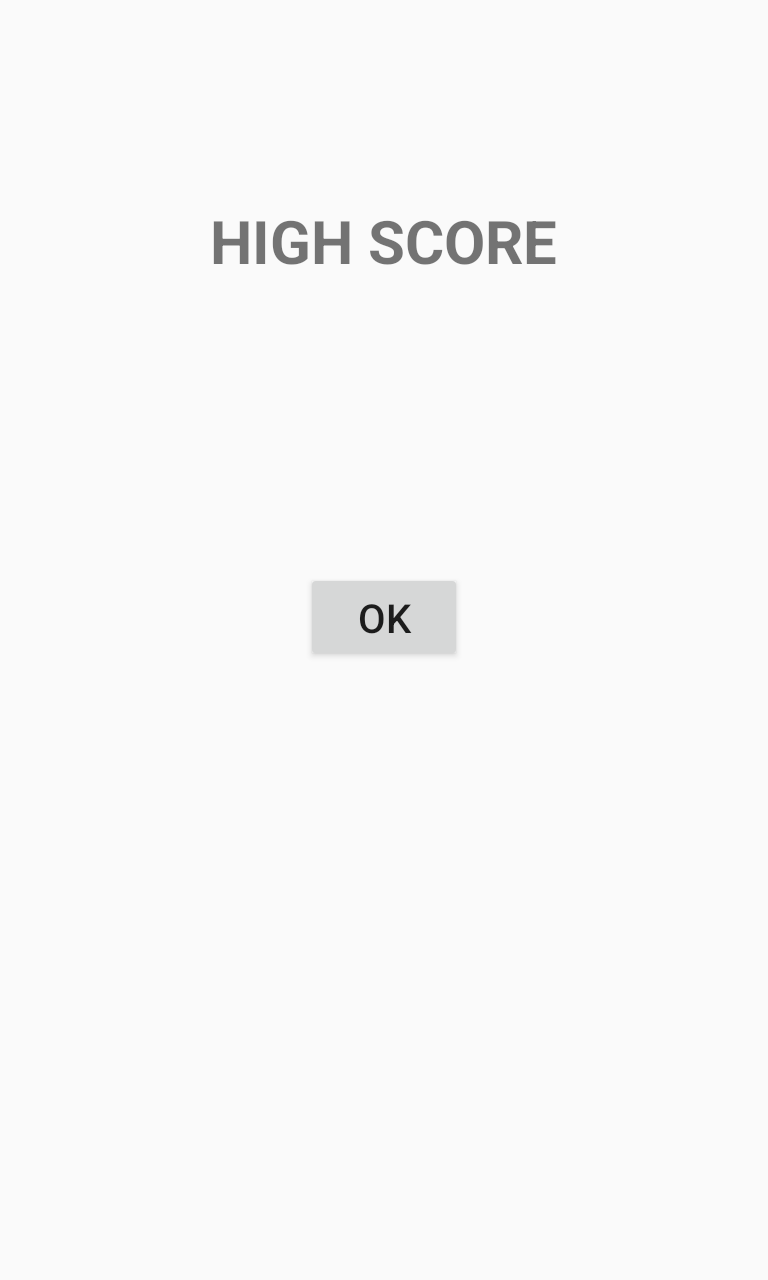
Repository: JoanneCaroll/Mathbomb
Layout: MathBomb/res/layout/activity_highscore.xml
The author's editor kept a copy of each file at every save. The layout is drawn from the files as they stood at one save, then again after the next save.
It is drawn on a 768 x 1280 px phone screen (xhdpi) without system bars, with theme AppTheme; the app's code is not run.

Above is the layout before, as saved 2014-11-13 03:49:30.

### MathBomb/res/layout/activity_highscore.xml
<?xml version="1.0" encoding="utf-8"?>
<LinearLayout
    xmlns:android="http://schemas.android.com/apk/res/android"
    android:layout_width="match_parent"
    android:layout_height="match_parent"
    android:orientation="vertical" >

    <TextView
        android:paddingTop="100dp"
        android:paddingBottom="30dp"
        android:layout_gravity="center"
        android:id="@+id/highscoreshow"
        android:layout_width="wrap_content"
        android:layout_height="wrap_content"
        android:textSize="30dp"
        android:textStyle="bold"
        android:text="@string/highscoretitle" />

    <TextView
            android:id="@+id/easy"
            android:layout_gravity="center"
            android:layout_width="wrap_content"
            android:layout_height="wrap_content"
            android:textSize="20dp"
            android:textStyle="bold"
            android:paddingRight="50dp" />

    <LinearLayout
        android:layout_width="match_parent"
        android:layout_height="wrap_content"
        android:orientation="horizontal"
        android:gravity="center"
        android:paddingBottom="50dp" >

        <TextView
            android:id="@+id/score"
            android:layout_width="wrap_content"
            android:layout_height="wrap_content"
            android:textSize="20dp"
            android:paddingRight="50dp" />
        <TextView
            android:id="@+id/date"
            android:layout_width="wrap_content"
            android:layout_height="wrap_content"
            android:textSize="20dp"
            android:padding="5dp" />

   </LinearLayout>

   <Button
        android:layout_gravity="center"
       	android:id="@+id/ok_highscore"
        android:layout_width="80dp"
        android:layout_height="wrap_content"
        android:textSize="20dp"
        android:text="@string/ok"
        android:padding="10dp" />

</LinearLayout>

### MathBomb/res/values/strings.xml
<?xml version="1.0" encoding="utf-8"?>
<resources>

    <string name="app_name">MathBomb</string>
    <string name="action_settings">Settings</string>
    <string name="score">Score: </string>
    <string name="timeleft">Time Left: </string>
    <string name="highscore">High Score: </string>
    <string name="highscoretitle">HIGH SCORE</string>
    <string name="ok">Ok</string>
	<string name="setRange">Choose Range of Numbers: </string>

	<string name="menuplay">Play!</string>
	<string name="menuhighscore">High Score</string>
	<string name="menuhowtoplay">How to Play</string>
	<string name="menusettings">Settings</string>
	<string name="menuexit">Exit</string>

</resources>

Loaded but not shown: MathBomb/res/values/styles.xml (common file); MathBomb/res/values-v11/styles.xml (common file); MathBomb/res/values-v14/styles.xml (common file)

After the next save:
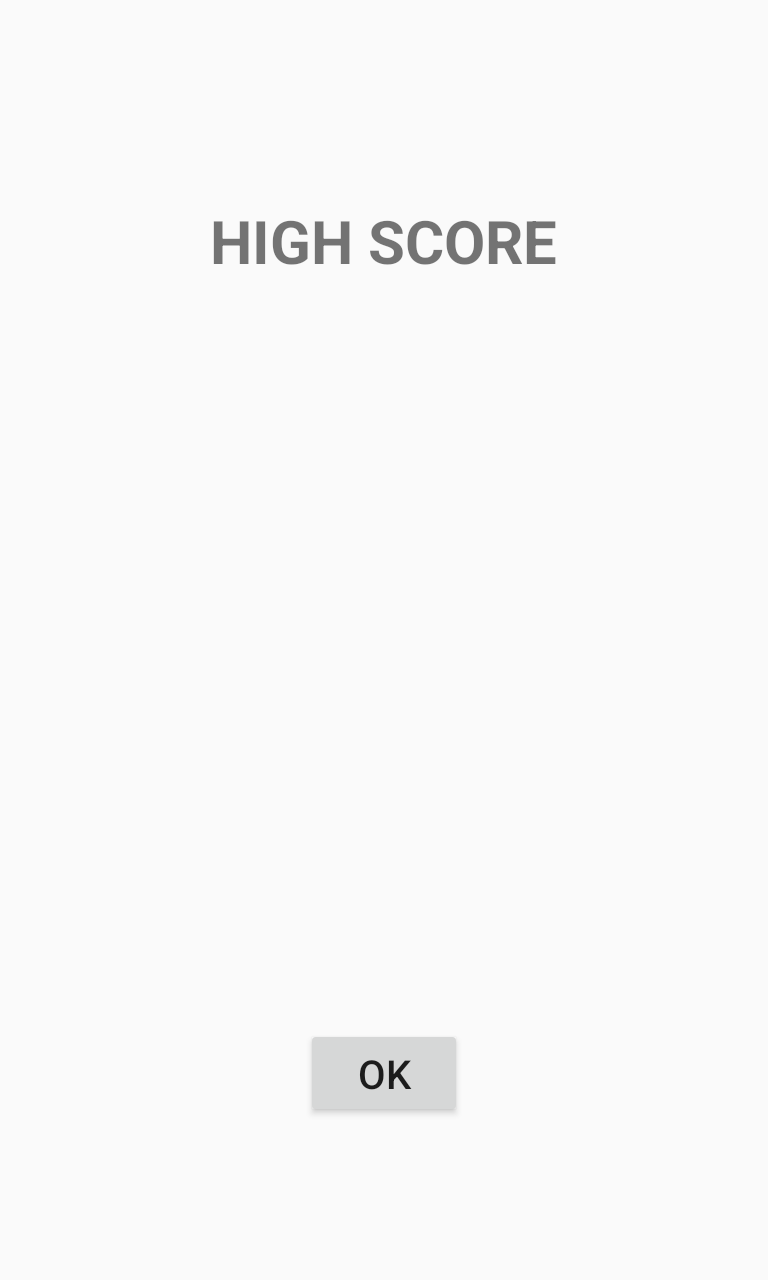
Saved 87 s later.
--- a/MathBomb/res/layout/activity_highscore.xml
+++ b/MathBomb/res/layout/activity_highscore.xml
@@ -33,13 +33,13 @@
         android:paddingBottom="50dp" >
 
         <TextView
-            android:id="@+id/score"
+            android:id="@+id/easyscore"
             android:layout_width="wrap_content"
             android:layout_height="wrap_content"
             android:textSize="20dp"
             android:paddingRight="50dp" />
         <TextView
-            android:id="@+id/date"
+            android:id="@+id/easydate"
             android:layout_width="wrap_content"
             android:layout_height="wrap_content"
             android:textSize="20dp"
@@ -47,6 +47,66 @@
 
    </LinearLayout>
 
+        <TextView
+            android:id="@+id/normal"
+            android:layout_gravity="center"
+            android:layout_width="wrap_content"
+            android:layout_height="wrap_content"
+            android:textSize="20dp"
+            android:textStyle="bold"
+            android:paddingRight="50dp" />
+
+    <LinearLayout
+        android:layout_width="match_parent"
+        android:layout_height="wrap_content"
+        android:orientation="horizontal"
+        android:gravity="center"
+        android:paddingBottom="50dp" >
+
+        <TextView
+            android:id="@+id/normalscore"
+            android:layout_width="wrap_content"
+            android:layout_height="wrap_content"
+            android:textSize="20dp"
+            android:paddingRight="50dp" />
+        <TextView
+            android:id="@+id/normaldate"
+            android:layout_width="wrap_content"
+            android:layout_height="wrap_content"
+            android:textSize="20dp"
+            android:padding="5dp" />
+
+   </LinearLayout>
+       <TextView
+            android:id="@+id/hard"
+            android:layout_gravity="center"
+            android:layout_width="wrap_content"
+            android:layout_height="wrap_content"
+            android:textSize="20dp"
+            android:textStyle="bold"
+            android:paddingRight="50dp" />
+
+    <LinearLayout
+        android:layout_width="match_parent"
+        android:layout_height="wrap_content"
+        android:orientation="horizontal"
+        android:gravity="center"
+        android:paddingBottom="50dp" >
+
+        <TextView
+            android:id="@+id/hardscore"
+            android:layout_width="wrap_content"
+            android:layout_height="wrap_content"
+            android:textSize="20dp"
+            android:paddingRight="50dp" />
+        <TextView
+            android:id="@+id/harddate"
+            android:layout_width="wrap_content"
+            android:layout_height="wrap_content"
+            android:textSize="20dp"
+            android:padding="5dp" />
+
+   </LinearLayout>
    <Button
         android:layout_gravity="center"
        	android:id="@+id/ok_highscore"
